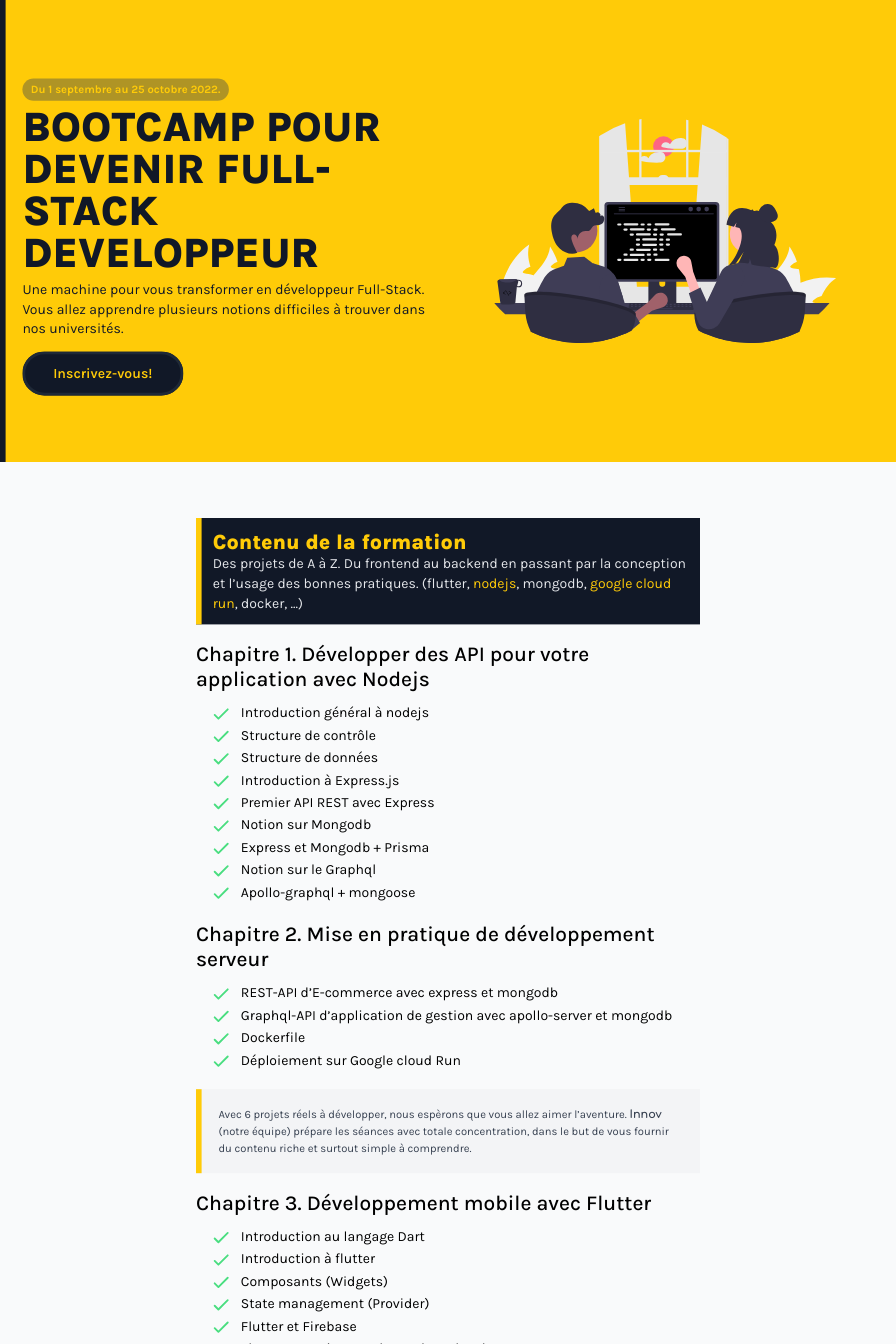
Repository: alfredlwanzo/course
Page: /
An editor plug-in stored every save of this project. The page is shown before and after the next save, followed by the edit.
The browser window is 1280 px wide. The pictures show the part of the page from y = 0 to 1920 px (the page is 3478 px tall), at 70% of full size.
The project was rebuilt for these pictures with package versions that can differ from the ones it lists, and the page was loaded fresh each time. The framework's server and built-in components were replaced by stand-ins that run in the browser. Also part of the build but not shown: next.config.js.

Above is the page before, as saved 2022-08-09 16:11:10.

### pages/_app.tsx
import '../src/styles/globals.css'
import type { AppProps } from 'next/app'

function MyApp({ Component, pageProps }: AppProps) {
  return <Component {...pageProps} />
}

export default MyApp

### pages/_document.tsx
import NextDocument, { Html, Head, Main, NextScript } from "next/document";

type Props = {};

class MyDocument extends NextDocument<Props> {
  render() {
    return (
      <Html>
        <Head>
          <link rel="manifest" href="/manifest.json" />
          <link rel="apple-touch-icon" href="/icon.png"></link>
          <meta name="theme-color" content="#FFCB08" />
          <link rel="icon" href="/favicon.ico" />
        </Head>
        <body>
          <Main />
          <NextScript />
        </body>
      </Html>
    );
  }
}

export default MyDocument;

### pages/index.tsx
import Footer from '@src/components/Footers/Footer'
import ContentSection from '@src/components/sections/Content'
import HomeSection from '@src/components/sections/Home'
import PricingSection from '@src/components/sections/Pricing'
import type { NextPage } from 'next'
import Head from 'next/head'
import Image from 'next/image'


const Home: NextPage = () => {
  return (
    <div className="">
      <Head>
        <title>Innov | Bootcamp pour devenir fullStack developpeur</title>
        <meta name="description" content="Generated by create next app" />
        <link rel="icon" href="/favicon.ico" />
      </Head>

      <main className="">
       <section className="bg-primary border-l-8 border-l-gray-900 pt-12 md:pt-28 pb-14 md:pb-28">
        {/* section Home */}
        <HomeSection/>
       </section>

       {/* section content */}
       <section className="py-6 md:py-20">
        <ContentSection/>
       </section>
       {/* Section pricing */}
       <section>
        <PricingSection/>
       </section>
      </main>

      <Footer/>
    </div>
  )
}

export default Home

### src/styles/globals.css

/* Fonts: Comfortaa & Karla */
@import url('https://fonts.googleapis.com/css2?family=Comfortaa:wght@300;400;500;600;700&display=swap');
@import url('https://fonts.googleapis.com/css2?family=Karla:ital,wght@0,200;0,300;0,400;0,500;0,600;0,700;0,800;1,200;1,300;1,400;1,500;1,600;1,700;1,800&display=swap');

/* tailwind */
@tailwind base;
@tailwind components;
@tailwind utilities;


html,
body {
  padding: 0;
  margin: 0;
  @apply bg-gray-50;
  font-family: 'Karla', sans-serif;
}

a {
  color: inherit;
  text-decoration: none;
}

* {
  box-sizing: border-box;
}

### src/components/Footers/Footer.tsx
import React from 'react'
import Copyright from './Copyright'


const Footer = () => {
  return (
    <div className='bg-gray-900'>
        <Copyright/>
    </div>
  )
}

export default Footer

### src/components/sections/Content.tsx
import React from "react";
import { CheckIcon } from "@heroicons/react/outline";

const ContentSection = () => {
  return (
    <article className="max-w-3xl mx-auto px-3 sm:px-6">
      <blockquote className="bg-gray-900 border-l-8 border-l-primary text-xl text-gray-200 p-4">
        <h6 className="text-primary text-3xl font-extrabold">Contenu de la formation</h6>
        Des projets de A à Z. Du frontend au backend en passant par la conception et l’usage des bonnes pratiques. (flutter, <span className="text-primary">nodejs</span>,  mongodb, <span className="text-primary">google cloud run</span>, docker, ...)
        {/* Nous avons mis du temps à préparer afin de produire un contenue riche. Nous avons appliqué une approche de rendre des notions complexes, faciles à apprendre. Nous voulons qu’une personne après avoir participer à cette formation puisse être capable de produire une application de A à Z sans beaucoup de difficultés. Notre Objectif est de créer de meilleurs développeurs Full-stack. */}
      </blockquote>
      {/* Chapter 1 */}
      <div className="mt-6">
        <h2 className="text-3xl font-medium">
          Chapitre 1. Développer des API pour votre application avec Nodejs
        </h2>
        <ul className="list-inside pl-5 mt-4">
          <li className="text-xl ">
            <CheckIcon className="inline-block h-8 w-8 mr-3 text-green-400" />
            Introduction général à nodejs
          </li>
          <li className="text-xl ">
            <CheckIcon className="inline-block h-8 w-8 mr-3 text-green-400" />
            Structure de contrôle
          </li>
          <li className="text-xl ">
            <CheckIcon className="inline-block h-8 w-8 mr-3 text-green-400" />
            Structure de données
          </li>
          <li className="text-xl ">
            <CheckIcon className="inline-block h-8 w-8 mr-3 text-green-400" />
            Introduction à Express.js
          </li>
          <li className="text-xl ">
            <CheckIcon className="inline-block h-8 w-8 mr-3 text-green-400" />
            Premier API REST avec Express
          </li>
          <li className="text-xl ">
            <CheckIcon className="inline-block h-8 w-8 mr-3 text-green-400" />
            Notion sur Mongodb
          </li>
          <li className="text-xl ">
            <CheckIcon className="inline-block h-8 w-8 mr-3 text-green-400" />
            Express et Mongodb + Prisma
          </li>
          <li className="text-xl ">
            <CheckIcon className="inline-block h-8 w-8 mr-3 text-green-400" />
            Notion sur le Graphql
          </li>
          <li className="text-xl ">
            <CheckIcon className="inline-block h-8 w-8 mr-3 text-green-400" />
            Apollo-graphql + mongoose
          </li>
        </ul>
      </div>
      {/* Chapitre 2 */}
      <div className="mt-6">
        <h2 className="text-3xl font-medium">
          Chapitre 2. Mise en pratique de développement serveur
        </h2>
        <ul className="list-inside pl-5 mt-4 ">
          <li className="text-xl ">
            <CheckIcon className="inline-block h-8 w-8 mr-3 text-green-400" />
            REST-API d’E-commerce avec express et mongodb
          </li>
          <li className="text-xl ">
            <CheckIcon className="inline-block h-8 w-8 mr-3 text-green-400" />
            Graphql-API d’application de gestion avec apollo-server et mongodb
          </li>
          <li className="text-xl ">
            <CheckIcon className="inline-block h-8 w-8 mr-3 text-green-400" />
            Dockerfile
          </li>
          <li className="text-xl ">
            <CheckIcon className="inline-block h-8 w-8 mr-3 text-green-400" />
            Déploiement sur Google cloud Run
          </li>
        </ul>
      </div>
      <blockquote className="border-l-8 border-l-primary p-6 mt-6 bg-gray-100 text-gray-700">
      Avec 6 projets réels à développer,
            nous espèrons que vous allez aimer l’aventure.{" "}
            <span className="font-comfortaa font-bold">Innov</span> (notre
            équipe) prépare les séances avec totale concentration, dans le but
            de vous fournir du contenu riche et surtout simple à comprendre.
      </blockquote>
      {/* Chapitre 3 */}
      <div className="mt-6">
        <h2 className="text-3xl font-medium">
          Chapitre 3. Développement mobile avec Flutter
        </h2>
        <ul className="list-inside pl-5 mt-4 ">
          <li className="text-xl ">
            <CheckIcon className="inline-block h-8 w-8 mr-3 text-green-400" />
            Introduction au langage Dart
          </li>
          <li className="text-xl ">
            <CheckIcon className="inline-block h-8 w-8 mr-3 text-green-400" />
            Introduction à flutter
          </li>
          <li className="text-xl ">
            <CheckIcon className="inline-block h-8 w-8 mr-3 text-green-400" />
            Composants (Widgets)
          </li>
          <li className="text-xl ">
            <CheckIcon className="inline-block h-8 w-8 mr-3 text-green-400" />
            State management (Provider)
          </li>
          <li className="text-xl ">
            <CheckIcon className="inline-block h-8 w-8 mr-3 text-green-400" />
            Flutter et Firebase
          </li>
          <li className="text-xl ">
            <CheckIcon className="inline-block h-8 w-8 mr-3 text-green-400" />
            Flutter et SQLite pour le stockage local
          </li>
          <li className="text-xl ">
            <CheckIcon className="inline-block h-8 w-8 mr-3 text-green-400" />
            Flutter pour le Media (Camera, Image, vidéo, audio)
          </li>
        </ul>
      </div>
       {/* Chapitre 4 */}
       <div className="mt-6">
        <h2 className="text-3xl font-medium">
          Chapitre 4. Mise en pratique complète, Section de clonage de projets existant
        </h2>
        <ul className="list-inside pl-5 mt-4 ">
          <li className="text-xl ">
            <CheckIcon className="inline-block h-8 w-8 mr-3 text-green-400" />
            Développement d’une application d’E-commerce avec REST-API
          </li>
          <li className="text-xl ">
            <CheckIcon className="inline-block h-8 w-8 mr-3 text-green-400" />
            Développement d’une application de Twitter avec Google Firebase
          </li>
          <li className="text-xl ">
            <CheckIcon className="inline-block h-8 w-8 mr-3 text-green-400" />
            Développement d’une librairie client pour graphql
          </li>
          <li className="text-xl ">
            <CheckIcon className="inline-block h-8 w-8 mr-3 text-green-400" />
            Développement d’une application de Gestion commerciale avec Graphql avec AWS AppSync
          </li>
          <li className="text-xl ">
            <CheckIcon className="inline-block h-8 w-8 mr-3 text-green-400" />
            Déploiement sur playstore
          </li>
        </ul>
      </div>
      <blockquote className="border-l-8 border-l-primary p-6 mt-6 bg-gray-100 text-gray-700">
        En participant vous aurez <span className="font-bold text-primary">accès à une vidéo chaque jour</span> pour rappeler les notions apprise pendant le live
      </blockquote>
    </article>
  );
};

export default ContentSection;

### src/components/sections/Home.tsx
import React from "react";
import SubscribeButton from "../buttons/SubscribeButton";
import PairProgramming from "../icons/PairProgramming";

const HomeSection = () => {
  return (
    <div className="max-w-7xl mx-auto px-3 sm:px-6">
      <div className="grid md:grid-cols-2 gap-10 lg:gap-0">
        <div>
          <div className="bg-gray-700 bg-opacity-40 w-max py-1 px-3 rounded-full">
            <h6 className="font-bold text-primary">
              Du 1 septembre au 25 octobre 2022.
            </h6>
          </div>
          <h1 className="text-5xl md:text-6xl text-gray-900 font-extrabold uppercase mt-2">
            Bootcamp pour devenir full-stack developpeur
          </h1>
          <p className="text-xl mt-2 text-gray-900">
            Une machine pour vous transformer en développeur
            Full-Stack. Vous allez apprendre plusieurs notions difficiles à
            trouver dans nos universités.
          </p>
          <div className="hidden md:block mt-9">
            <SubscribeButton />
          </div>
        </div>
        <div className="flex flex-col items-center justify-center">
          <PairProgramming className="w-auto h-52 md:h-80 -bottom-10" />
          <div className="block md:hidden mt-12">
            <SubscribeButton />
          </div>
        </div>
      </div>
    </div>
  );
};

export default HomeSection;

### src/components/sections/Pricing.tsx

const tiers = [
  {
    name: 'En ligne',
    href: 'https://wa.me/+243978154329',
    price: 75,
    description: "La formation se passe en ligne en live.  2 heures par jour",
  },
  {
    name: 'En presentielle',
    href: 'https://wa.me/+243978154329',
    price: 100,
    description: 'Nous ne recevons que 5 personnes au sein de nos locaux à Butembo',
  },
]

export default function PricingSection() {
  return (
    <div className="bg-gray-900">
      <div className="pt-12 sm:pt-16 lg:pt-24">
        <div className="max-w-4xl mx-auto text-center px-4 sm:px-6 lg:px-8">
          <div className="max-w-3xl mx-auto space-y-2 lg:max-w-none">
            <h2 className="text-lg leading-6 font-semibold text-primary uppercase tracking-wider">Tarif</h2>
            <p className="text-3xl font-extrabold text-white sm:text-4xl lg:text-5xl">
            Investissez à vous
            </p>
            <p className="text-xl text-gray-300">
              pour votre indépendance
            </p>
          </div>
        </div>
      </div>
      <div className="mt-8 pb-12 bg-gray-50 sm:mt-12 sm:pb-16 lg:mt-16 lg:pb-24">
        <div className="relative">
          <div className="absolute inset-0 h-3/4 bg-gray-900" />
          <div className="relative z-10 max-w-4xl mx-auto px-4 sm:px-6 lg:px-8">
            <div className="max-w-md mx-auto space-y-4 lg:max-w-5xl lg:grid lg:grid-cols-2 lg:gap-5 lg:space-y-0">
              {tiers.map((tier) => (
                <div key={tier.name} className="flex flex-col rounded-lg shadow-lg overflow-hidden">
                  <div className="px-6 py-8 bg-white sm:p-10 sm:pb-6">
                    <div>
                      <h3
                        className="inline-flex px-4 py-1 rounded-full text-sm font-semibold tracking-wide uppercase bg-gray-50 text-gray-900"
                        id="tier-standard"
                      >
                        {tier.name}
                      </h3>
                    </div>
                    <div className="mt-4 flex items-baseline text-6xl font-extrabold">
                      ${tier.price}
                    </div>
                    <p className="mt-5 text-xl text-gray-500">{tier.description}</p>
                  </div>
                  <div className="flex-1 flex flex-col justify-between px-6 pt-6 pb-8 bg-gray-50 space-y-6 sm:p-10 sm:pt-6">

                    <div className="rounded-full shadow">
                      <a
                        href={tier.href}
                        target="_blank"
                        rel="noreferrer"
                        className="flex items-center justify-center px-5 py-3 border border-transparent text-xl font-medium rounded-full text-primary bg-gray-900 hover:bg-gray-900"
                        aria-describedby="tier-standard"
                      >
                        Inscrivez-vous!
                      </a>
                    </div>
                  </div>
                </div>
              ))}
            </div>
          </div>
        </div>
        <div className="mt-4 relative max-w-4xl mx-auto px-4 sm:px-6 lg:px-8 lg:mt-5">
          <div className="max-w-md mx-auto lg:max-w-5xl">
            <div className="border-l-8 border-l-primary bg-gray-900 px-6 py-8 sm:p-10 lg:flex lg:items-center">
              <div className="flex-1">
                <div>
                  <h3 className="inline-flex px-4 py-1 rounded-full text-sm font-semibold tracking-wide uppercase bg-white text-gray-800">
                    Réduction
                  </h3>
                </div>
                <div className="mt-4 text-lg text-gray-100">
                Nous offrons aux 10 premiers inscrits une <span className="font-bold text-primary">réduction de 15$</span> à chaque personne qui va s’inscrire à la formation en ligne avant le 25 Août. Soit <span className="text-primary">60$</span> cash.
                </div>
              </div>
              <div className="mt-6 rounded-md shadow lg:mt-0 lg:ml-10 lg:flex-shrink-0">
                <a
                  href="https://wa.me/+243978154329"
                  target="_blank"
                  rel="noreferrer"
                  className="flex items-center justify-center animate-pulse px-5 py-3 border border-transparent text-base font-medium rounded-full text-gray-900 bg-white hover:bg-gray-50"
                >
                  Profiter de l&apos;occation
                </a>
              </div>
            </div>

          </div>
        </div>
      </div>
    </div>
  )
}

### src/components/Footers/Copyright.tsx
import React from 'react'

const Copyright = () => {
  return (
    <div className='max-w-7xl mx-auto px-3 sm:px-6" py-3 text-gray-200 '>
        <p className='text-xs'>© 2022 InnovToast. Tous droits réservés.</p>
    </div>
  )
}

export default Copyright

### src/components/buttons/SubscribeButton.tsx
import React from "react";

const SubscribeButton = () => {
  return (
    <a
      href="https://wa.me/+243978154329"
      target="_blank"
      rel="noreferrer"
      className="bg-gray-900 text-primary animate-pulse py-4 px-10 text-xl font-semibold rounded-full border-4 border-gray-800 hover:bg-opacity-95 hover:border-gray-900"
    >
      Inscrivez-vous!
    </a>
  );
};

export default SubscribeButton;

Loaded but not shown: tailwind.config.js (18 lines, source omitted); src/components/icons/PairProgramming.tsx (865 lines, source omitted)

After the next save:
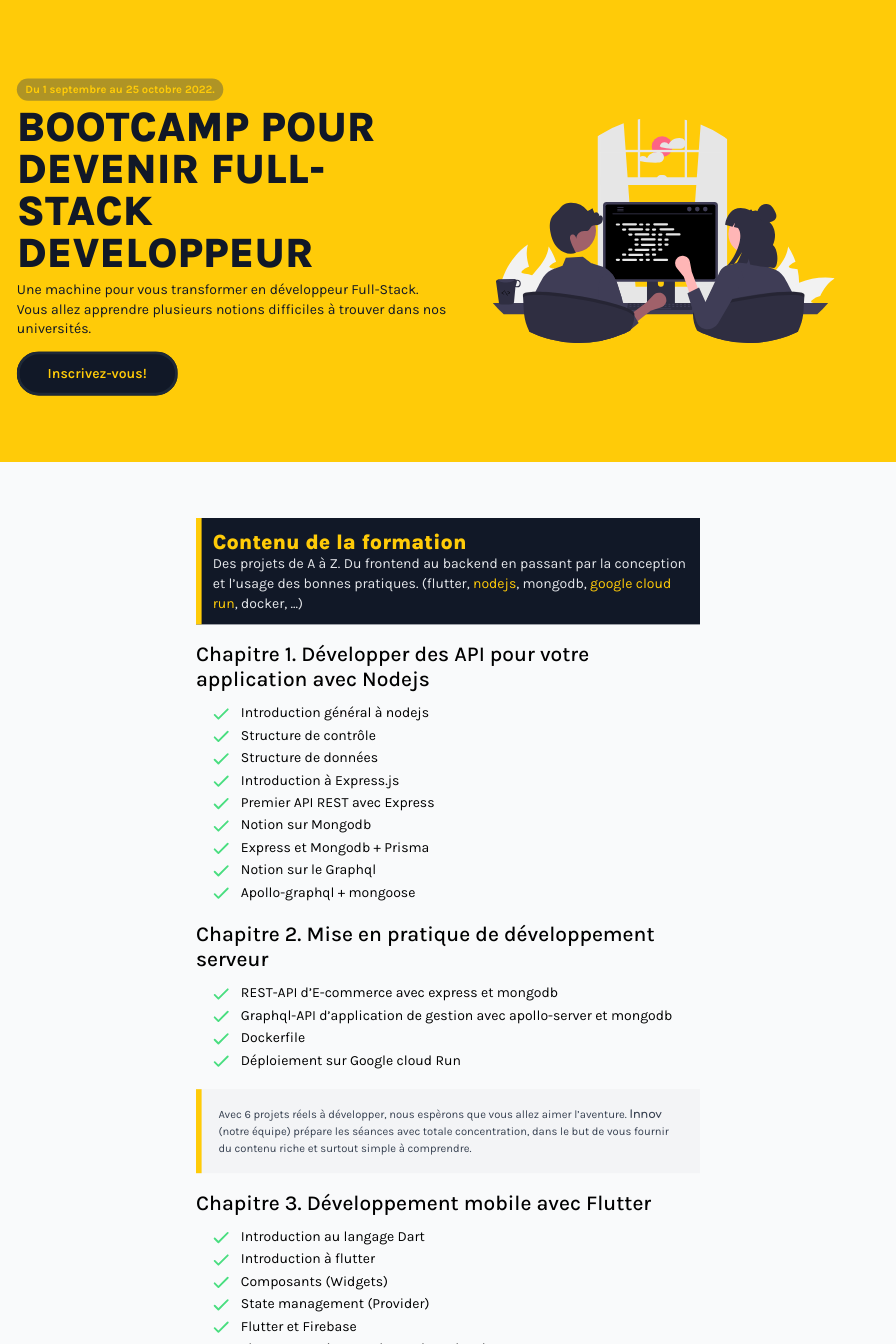
Saved 117 s later.
--- a/pages/index.tsx
+++ b/pages/index.tsx
@@ -17,7 +17,7 @@
       </Head>
 
       <main className="">
-       <section className="bg-primary border-l-8 border-l-gray-900 pt-12 md:pt-28 pb-14 md:pb-28">
+       <section className="bg-primary border-l-gray-900 pt-12 md:pt-28 pb-14 md:pb-28">
         {/* section Home */}
         <HomeSection/>
        </section>
